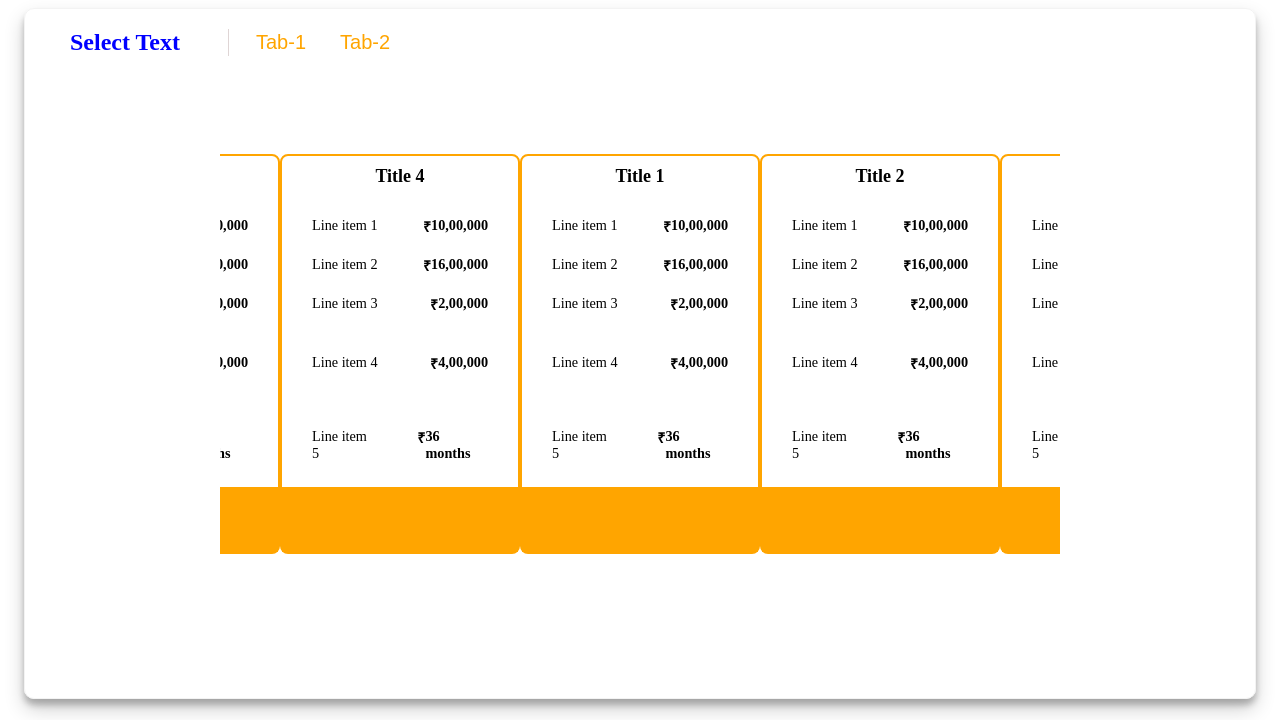
Repository: Adityanarayan-tiwari/Cardbox
Page: index.html
The author's editor kept a copy of each file at every save. The page is drawn from the files as they stood at one save, then again after a run of saves.
The browser window is 1280 px wide. The pictures show the whole page.

Above is the page before, as saved 2020-07-25 13:10:26.

After the next 2 saves:
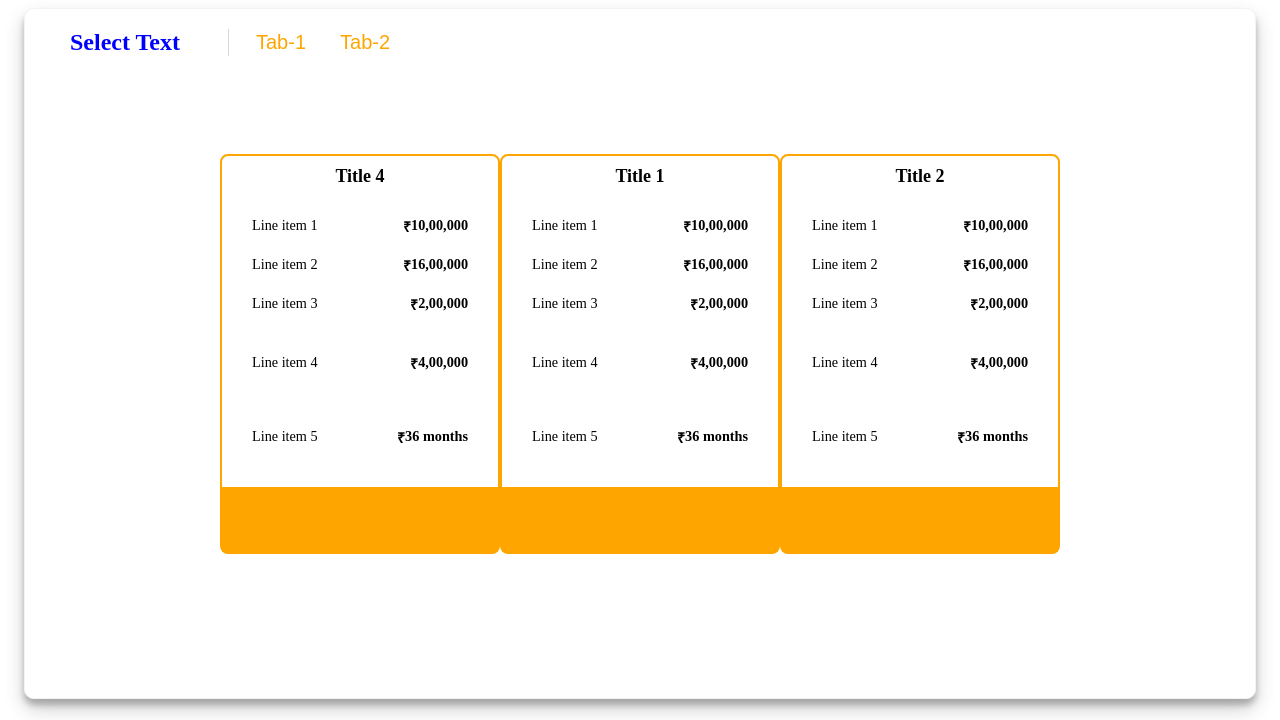
The 2 saves are shown as one change because they came seconds apart.
The last was saved 89 s later.
--- a/index.js
+++ b/index.js
@@ -2,8 +2,12 @@ $(document).ready(function(){
     $('.card-wrapper').slick({
     slidesToShow: 3,
     slidesToScroll: 1,
+
+    accessibility: true,
+    adaptiveHeight: true,
     centerMode: true,
-    centerPadding: '60px',
+    centerPadding: '0px',
+
     nextArrow:$('.next'),
     prevArrow:$('.prev'),
     responsive: [
